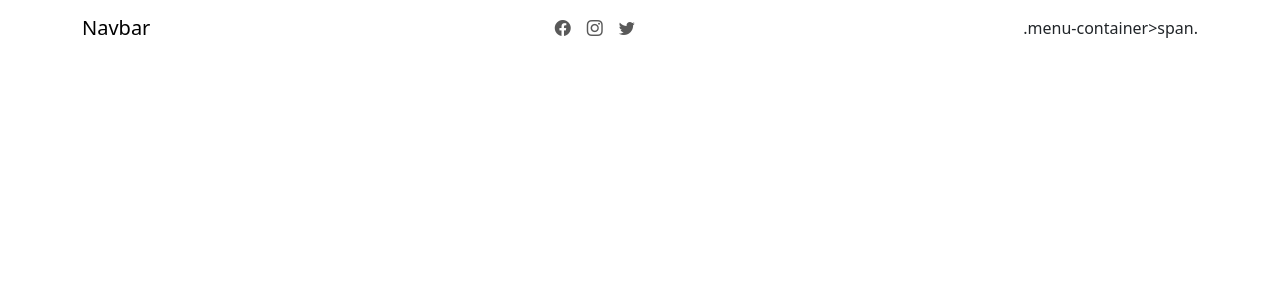
Repository: tagnam/project27012025
Page: index.html
An editor plug-in stored every save of this project. The page is shown before and after a run of saves, followed by the edit.
The browser window is 1280 px wide. The pictures show the whole page.

Above is the page before, as saved 2025-01-27 13:23:04.

### index.html
<!DOCTYPE html>
<html lang="en">
<head>
    <meta charset="UTF-8">
    <meta name="viewport" content="width=device-width, initial-scale=1.0">
    <link href="https://cdn.jsdelivr.net/npm/bootstrap@5.3.3/dist/css/bootstrap.min.css" rel="stylesheet" integrity="sha384-QWTKZyjpPEjISv5WaRU9OFeRpok6YctnYmDr5pNlyT2bRjXh0JMhjY6hW+ALEwIH" crossorigin="anonymous">
    <link rel="stylesheet" href="style/css/index.css">
    <link rel="stylesheet" href="style/css/animation.css">
    <link rel="stylesheet" href="style/css/responsive.css">
    <title>project27012025</title>
</head>
<body>
<header>
    <nav class="navbar navbar-expand-lg ">
        <div class="container">


          <div class="collapse navbar-collapse justify-content-between" id="navbarSupportedContent">
            <a class="navbar-brand" href="#">Navbar</a>
            <ul class="navbar-nav  ">

              <li class="nav-item">
                <a class="nav-link" href="#"><i class="bi bi-facebook"></i></a>
              </li>
              <li class="nav-item">
                <a class="nav-link" href="#"><i class="bi bi-instagram"></i></a>
              </li>
              <li class="nav-item">
                <a class="nav-link" href="#"><i class="bi bi-twitter"></i></a>
              </li>

            </ul>
            <div class="d-flex">
               .menu-container>span.

            </div>
          </div>
        </div>
      </nav>
</header>




<script src="https://cdn.jsdelivr.net/npm/bootstrap@5.3.3/dist/js/bootstrap.bundle.min.js" integrity="sha384-YvpcrYf0tY3lHB60NNkmXc5s9fDVZLESaAA55NDzOxhy9GkcIdslK1eN7N6jIeHz" crossorigin="anonymous"></script>
<script src="style/js/custom.js"></script>
</body>
</html>

Loaded but not shown: style/css/index.css (common file); style/js/custom.js (no copy from this time; the picture is the same without it); style/css/animation.css (no stored copy; drawn as an empty file); style/css/responsive.css (no stored copy; drawn as an empty file)

After the next 2 saves:
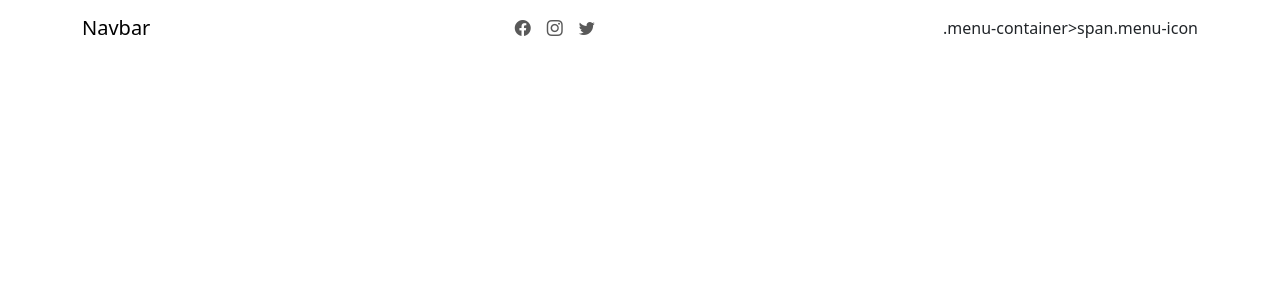
The 2 saves are shown as one change because they came seconds apart.
The last was saved 8 s later.
--- a/index.html
+++ b/index.html
@@ -31,7 +31,7 @@
 
             </ul>
             <div class="d-flex">
-               .menu-container>span.
+               .menu-container>span.menu-icon
 
             </div>
           </div>
